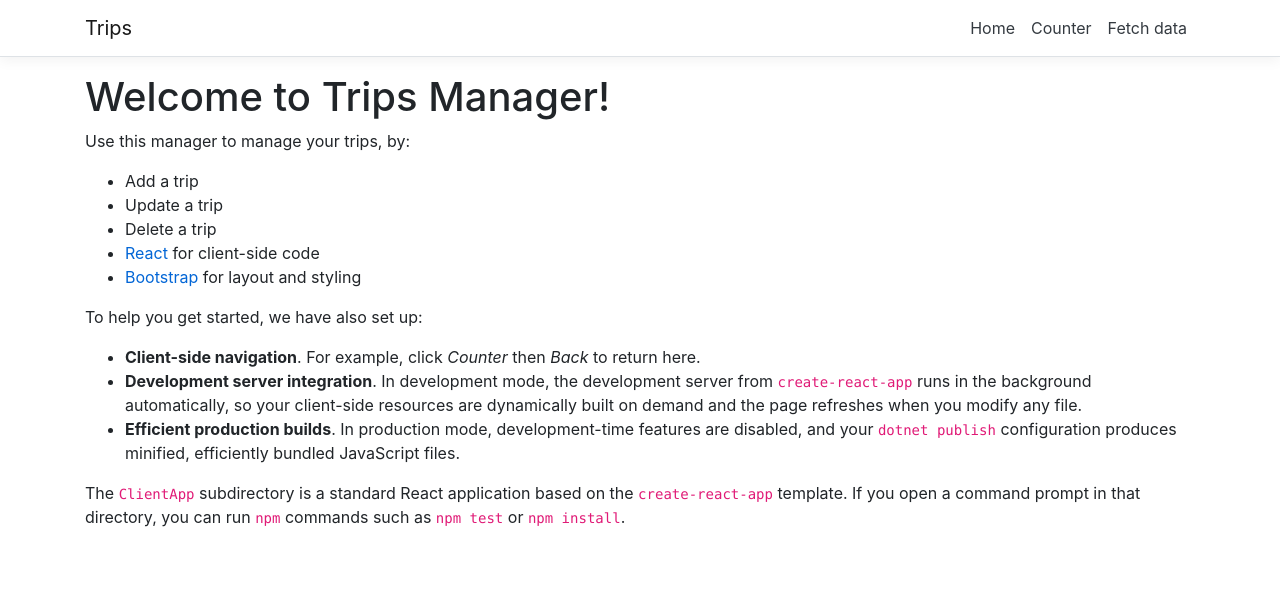
Repository: DevLuDaley/Trips
Page: / (app in ClientApp/)
An editor plug-in stored every save of this project. The page is shown before and after the next save, followed by the edit.
The browser window is 1280 px wide. The pictures show the whole page.
The project was rebuilt for these pictures with package versions that can differ from the ones it lists, and the page was loaded fresh each time. Also part of the build but not shown: ClientApp/src/components/FetchData.js, ClientApp/src/components/Counter.js, ClientApp/src/components/Trip/Trips.jsx.

Above is the page before, as saved 2020-11-06 10:49:02.

### ClientApp/public/index.html
<!DOCTYPE html>
<html lang="en">
  <head>
    <meta charset="utf-8">
    <meta name="viewport" content="width=device-width, initial-scale=1, shrink-to-fit=no">
    <meta name="theme-color" content="#000000">
    <base href="%PUBLIC_URL%/" />
    <!--
      manifest.json provides metadata used when your web app is added to the
      homescreen on Android. See https://developers.google.com/web/fundamentals/engage-and-retain/web-app-manifest/
    -->
    <link rel="manifest" href="%PUBLIC_URL%/manifest.json">
    <link rel="shortcut icon" href="%PUBLIC_URL%/favicon.ico">
    <!--
      Notice the use of %PUBLIC_URL% in the tags above.
      It will be replaced with the URL of the `public` folder during the build.
      Only files inside the `public` folder can be referenced from the HTML.

      Unlike "/favicon.ico" or "favicon.ico", "%PUBLIC_URL%/favicon.ico" will
      work correctly both with client-side routing and a non-root public URL.
      Learn how to configure a non-root public URL by running `npm run build`.
    -->
    <title>Trips</title>
  </head>
  <body>
    <noscript>
      You need to enable JavaScript to run this app.
    </noscript>
    <div id="root"></div>
    <!--
      This HTML file is a template.
      If you open it directly in the browser, you will see an empty page.

      You can add webfonts, meta tags, or analytics to this file.
      The build step will place the bundled scripts into the <body> tag.

      To begin the development, run `npm start` or `yarn start`.
      To create a production bundle, use `npm run build` or `yarn build`.
    -->
  </body>
</html>

### ClientApp/src/App.js
import React, { Component } from 'react';
import { Route } from 'react-router';
import { Layout } from './components/Layout';
import { Home } from './components/Home';
import { FetchData } from './components/FetchData';
import { Counter } from './components/Counter';

import './custom.css'
import Trips from './components/Trip/Trips.jsx';

export default class App extends Component {
  static displayName = App.name;

  render () {
    return (
      <Layout>
        <Route exact path='/' component={Home} />
        <Route path='/counter' component={Counter} />
        <Route path='/fetch-data' component={FetchData} />
        <Route path='/trips' component={Trips} />
      </Layout>
    );
  }
}

### ClientApp/src/components/Home.js
import React, { Component } from 'react';

export class Home extends Component {
  static displayName = Home.name;

  render () {
    return (
      <div>
        <h1>Welcome to Trips Manager!</h1>
        <p>Use this manager to manage your trips, by:</p>
        <ul>
          <li>Add a trip</li>
          <li>Update a trip</li>
          <li>Delete a trip</li>
          <li><a href='https://facebook.github.io/react/'>React</a> for client-side code</li>
          <li><a href='http://getbootstrap.com/'>Bootstrap</a> for layout and styling</li>
        </ul>
        <p>To help you get started, we have also set up:</p>
        <ul>
          <li><strong>Client-side navigation</strong>. For example, click <em>Counter</em> then <em>Back</em> to return here.</li>
          <li><strong>Development server integration</strong>. In development mode, the development server from <code>create-react-app</code> runs in the background automatically, so your client-side resources are dynamically built on demand and the page refreshes when you modify any file.</li>
          <li><strong>Efficient production builds</strong>. In production mode, development-time features are disabled, and your <code>dotnet publish</code> configuration produces minified, efficiently bundled JavaScript files.</li>
        </ul>
        <p>The <code>ClientApp</code> subdirectory is a standard React application based on the <code>create-react-app</code> template. If you open a command prompt in that directory, you can run <code>npm</code> commands such as <code>npm test</code> or <code>npm install</code>.</p>
      </div>
    );
  }
}

### ClientApp/src/components/NavMenu.js
import React, { Component } from 'react';
import { Collapse, Container, Navbar, NavbarBrand, NavbarToggler, NavItem, NavLink } from 'reactstrap';
import { Link } from 'react-router-dom';
import './NavMenu.css';

export class NavMenu extends Component {
  static displayName = NavMenu.name;

  constructor (props) {
    super(props);

    this.toggleNavbar = this.toggleNavbar.bind(this);
    this.state = {
      collapsed: true
    };
  }

  toggleNavbar () {
    this.setState({
      collapsed: !this.state.collapsed
    });
  }

  render () {
    return (
      <header>
        <Navbar className="navbar-expand-sm navbar-toggleable-sm ng-white border-bottom box-shadow mb-3" light>
          <Container>
            <NavbarBrand tag={Link} to="/trips">Trips</NavbarBrand>
            <NavbarToggler onClick={this.toggleNavbar} className="mr-2" />
            <Collapse className="d-sm-inline-flex flex-sm-row-reverse" isOpen={!this.state.collapsed} navbar>
              <ul className="navbar-nav flex-grow">
                <NavItem>
                  <NavLink tag={Link} className="text-dark" to="/">Home</NavLink>
                </NavItem>
                <NavItem>
                  <NavLink tag={Link} className="text-dark" to="/counter">Counter</NavLink>
                </NavItem>
                <NavItem>
                  <NavLink tag={Link} className="text-dark" to="/fetch-data">Fetch data</NavLink>
                </NavItem>
              </ul>
            </Collapse>
          </Container>
        </Navbar>
      </header>
    );
  }
}

Loaded but not shown: ClientApp/src/index.js (common file); ClientApp/src/registerServiceWorker.js (common file); ClientApp/src/components/Layout.js (common file); ClientApp/src/custom.css (common file); ClientApp/src/components/NavMenu.css (common file)

After the next save:
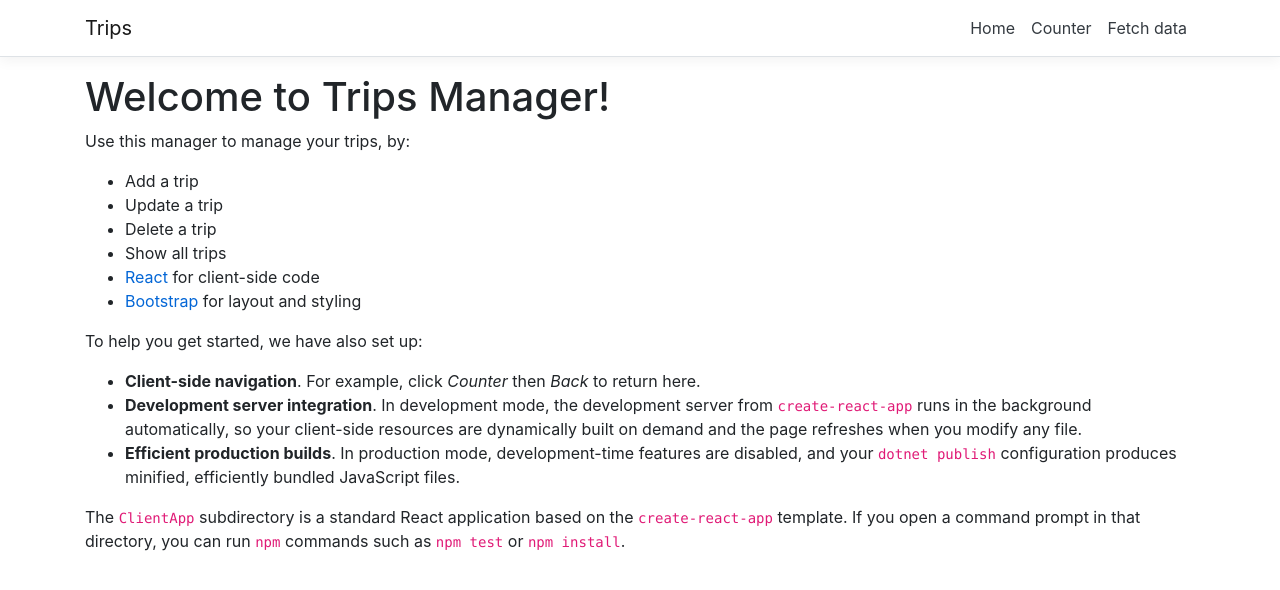
Saved 12 s later.
--- a/ClientApp/src/components/Home.js
+++ b/ClientApp/src/components/Home.js
@@ -12,6 +12,7 @@ export class Home extends Component {
           <li>Add a trip</li>
           <li>Update a trip</li>
           <li>Delete a trip</li>
+          <li>Show all trips</li>
           <li><a href='https://facebook.github.io/react/'>React</a> for client-side code</li>
           <li><a href='http://getbootstrap.com/'>Bootstrap</a> for layout and styling</li>
         </ul>
